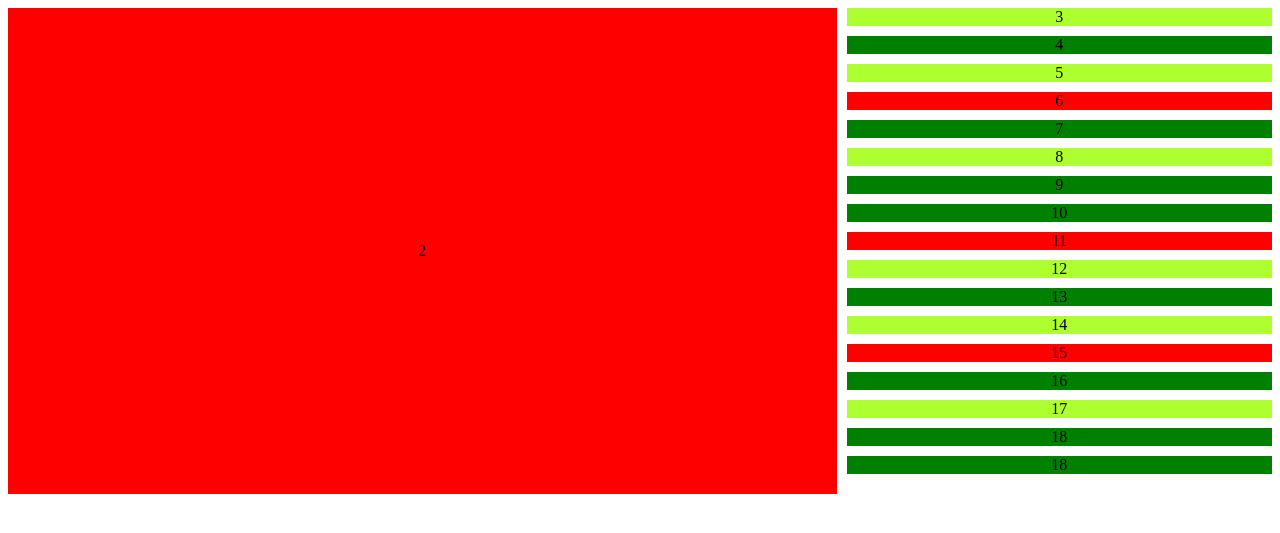
Repository: motiejus1/09-paskaita-05.31
Page: index.html
An editor plug-in stored every save of this project. The page is shown before and after the next save, followed by the edit.
The browser window is 1280 px wide. The pictures show the whole page.

Above is the page before, as saved 2021-06-15 19:43:04.

### index.html
<!DOCTYPE html>
<html lang="en">
<head>
    <meta charset="UTF-8">
    <meta http-equiv="X-UA-Compatible" content="IE=edge">
    <meta name="viewport" content="width=device-width, initial-scale=1.0">
    <title>9 paskaita</title>
    <style>
        .grid-container {
            display: grid;
            grid-template-columns: auto auto auto;
            grid-column-gap: 10px ;
            grid-row-gap: 10px ;
        }

        .zalia {
            background-color: green;
        }

        .raudona {
            background-color: red;
        }

        .geltona {
            background: greenyellow;
        }

        .grid-item-1 {
            grid-column-start: 1 ;
            grid-column-end: 3 ;
            grid-row-start: 1 ;
            grid-row-end: 3 ;
        }

        .grid-item-2 {
            grid-column-start: 1 ;
            grid-column-end: 3 ;
            grid-row-start: 1 ;
            grid-row-end: 20 ;
        }

        .grid-item {
            display:grid;
            justify-content: center;
            align-items: center;
        }
        .flex-container {
            display:flex;
            justify-content: center;
            align-items: center;
        }
    </style>
</head>
<body>
    <div class="grid-container">
        <div class="grid-item grid-item-1 zalia">
            1
        </div>
        <div class="grid-item grid-item-2 raudona">
            2
        </div>
        <div class="grid-item grid-item-3 geltona">3</div>
        <div class="grid-item grid-item-4 zalia">4</div>
        <div class="grid-item geltona">5</div>
        <div class="grid-item raudona">6</div>
        <div class="grid-item zalia">7</div>
        <div class="grid-item geltona">8</div>
        <div class="grid-item zalia">9</div>
        <div class="grid-item zalia">10</div>
        <div class="grid-item raudona">11</div>
        <div class="grid-item geltona">12</div>
        <div class="grid-item zalia">13</div>
        <div class="grid-item geltona">14</div>
        <div class="grid-item raudona">15</div>
        <div class="grid-item zalia">16</div>
        <div class="grid-item geltona">17</div>
        <div class="grid-item zalia">18</div>
        <div class="flex-container zalia">18</div>
    </div>

</body>
</html>

After the next save:
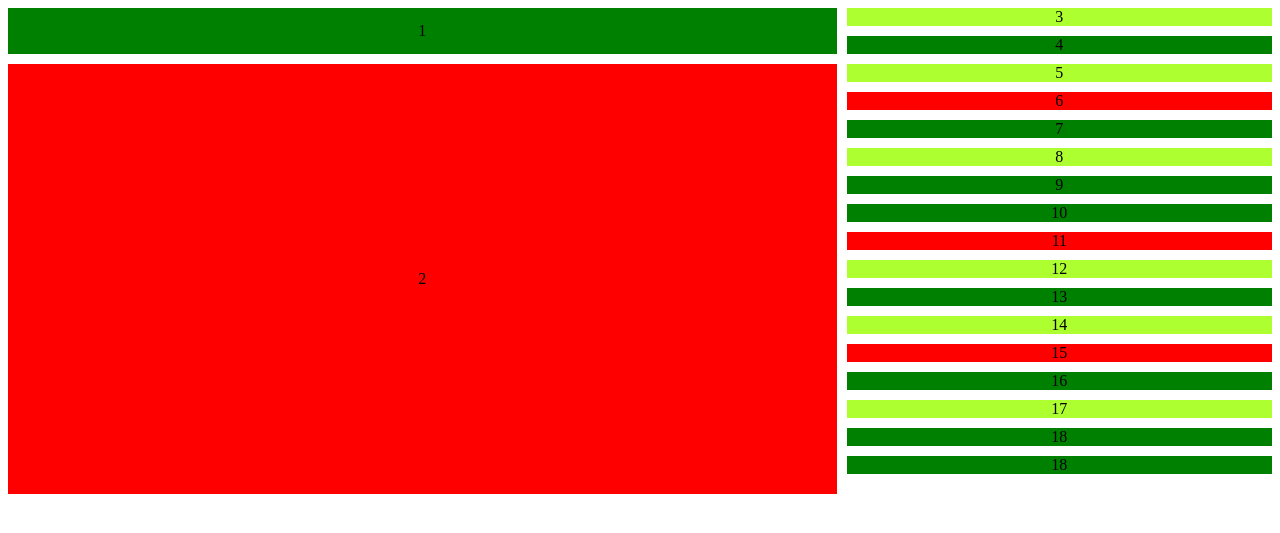
Saved 63 s later.
--- a/index.html
+++ b/index.html
@@ -35,7 +35,7 @@
         .grid-item-2 {
             grid-column-start: 1 ;
             grid-column-end: 3 ;
-            grid-row-start: 1 ;
+            grid-row-start: 3;
             grid-row-end: 20 ;
         }
 
